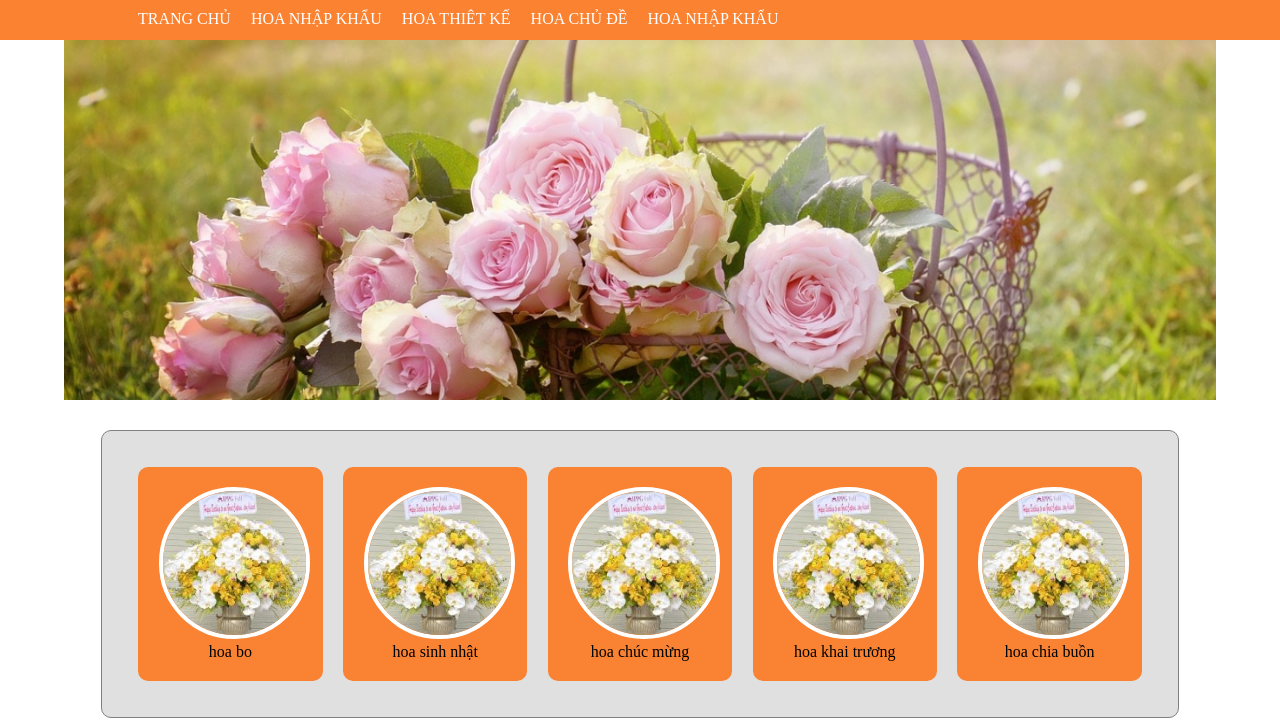
Repository: hoang71299/fe_26
Page: buoi5/buoi7/1.html
The author's editor kept a copy of each file at every save. The page is drawn from the files as they stood at one save, then again after the next save.
The browser window is 1280 px wide. The pictures show the whole page.

Above is the page before, as saved 2022-08-28 19:47:58.

### buoi5/buoi7/1.html
<!DOCTYPE html>
<html lang="en">
<head>
    <meta charset="UTF-8">
    <meta http-equiv="X-UA-Compatible" content="IE=edge">
    <meta name="viewport" content="width=device-width, initial-scale=1.0">
    <title>Luyen tap 2</title>
    <link rel="stylesheet" href="./1.css">
</head>
<body>
    <div class="menu">
        <div class="phantu">
            <a href="" class="tren">
                trang chủ
            </a>
        </div>
        <div class="phantu">
            <a href="" class="tren">
                hoa nhập khẩu
            </a>
            <div class="item">
                <a href="">hộp hoa</a>
                <a href="">bó hoa</a>
            </div>
        </div>
        <div class="phantu">
            <a href="" class="tren">
                hoa thiêt kế
            </a>
            <div class="item">
                <a href="">hoa bó</a>
                <a href="">hoa bình</a>
                <a href="">hoa để bàn</a>
            </div>
        </div>
        <div class="phantu">
            <a href="" class="tren">
                hoa chủ đề
            </a>
            <div class="item">
                <a href="">hoa tình yêu</a>
                <a href="">hoa sinh nhật</a>
                <a href="">hoa chúc mừng</a>
                <a href="">hoa khai trương</a>
                <a href="">hoa chia buồn</a>
            </div>
        </div>
        <div class="phantu">
            <a href="" class="tren">
                hoa nhập khẩu
            </a>
            <div class="item">
                <a href="">hộp hoa</a>
                <a href="">bó hoa</a>
            </div>
        </div>
    </div>
    <!-- end menu -->
    <!-- banner -->
    <div class="banner">

    </div>
    <div class="loaihoa">
        <div class="chude">
            <img src="./image/6.jpg" alt="" class="hinh">
            <div class="tieude">hoa bo</div>
        </div>
        <div class="chude">
            <img src="./image/6.jpg" alt="" class="hinh">
            <div class="tieude">hoa sinh nhật</div>
        </div>
        <div class="chude">
            <img src="./image/6.jpg" alt="" class="hinh">
            <div class="tieude">hoa chúc mừng</div>
        </div>
        <div class="chude">
            <img src="./image/6.jpg" alt="" class="hinh">
            <div class="tieude">hoa khai trương</div>
        </div>
        <div class="chude">
            <img src="./image/6.jpg" alt="" class="hinh">
            <div class="tieude">hoa chia buồn</div>
        </div>
    </div>
    <!-- end banner -->
</body>
</html>

### buoi5/buoi7/1.css
*{
    margin: 0;
    padding: 0;
}
html,body{
    width: 100%;
    height: 100%;
}
.menu{
    width: 90%;
    height: 40px;
    background-color: #fa8231;
    padding-left: 10%;
    display:flex;
}
.menu .phantu{
    /* border:1px solid red; */
    position: relative;
}
.phantu .tren{
    text-decoration: none;
    color: white;
    text-transform: uppercase;
    display: inline-block;
    padding: 10px;
}
.phantu .item{
    /* width: 200px; */
    position: absolute;
    top: 40px;
    visibility: hidden;
    background-color: white;
}
.phantu .item a{
    display: block;
    text-decoration: none;
    color: black;
    text-transform: uppercase;
    padding: 3px;
    width: 200px;
    font-size: 16px;
    border: 1px solid rgb(212, 208, 208);
}
.phantu .item a:hover {
    font-weight: bold;
    border-left: 3px solid #fa8231;
    transition: 0.3s ease-in;
}
.phantu:hover .item{
    visibility: visible;
}
.banner{
    width: 90%;
    height: 50%;
    background-repeat:no-repeat ;
    background-size: cover;
    margin: auto;
    animation: bg 10s infinite;
}
@keyframes bg {
    0%{ background-image: url("./image/1.jpg");}
    25%{ background-image: url("./image/2.jpg");}
    50%{ background-image: url("./image/3.jpg");}
    70%{ background-image: url("./image/4.jpg");}
    100%{ background-image: url("./image/5.jpg");}
}
.loaihoa{
    width: 80%;
    height:auto;
    border: 1px solid gray;
    display: flex;
    margin: auto;
    margin-top: 30px;
    border-radius: 10px;
    background-color: rgb(224, 224, 224);
    padding: 2%;
}
.chude{
    width: 19%;
    height: auto;
    text-align: center;
    background-color: #fa8233;
    margin: 1%;
    padding: 2%;
    border-radius: 10px;
}
.hinh{
    width: 100%;
    border-radius: 50%;
    border: 4px solid white;
}

After the next save:
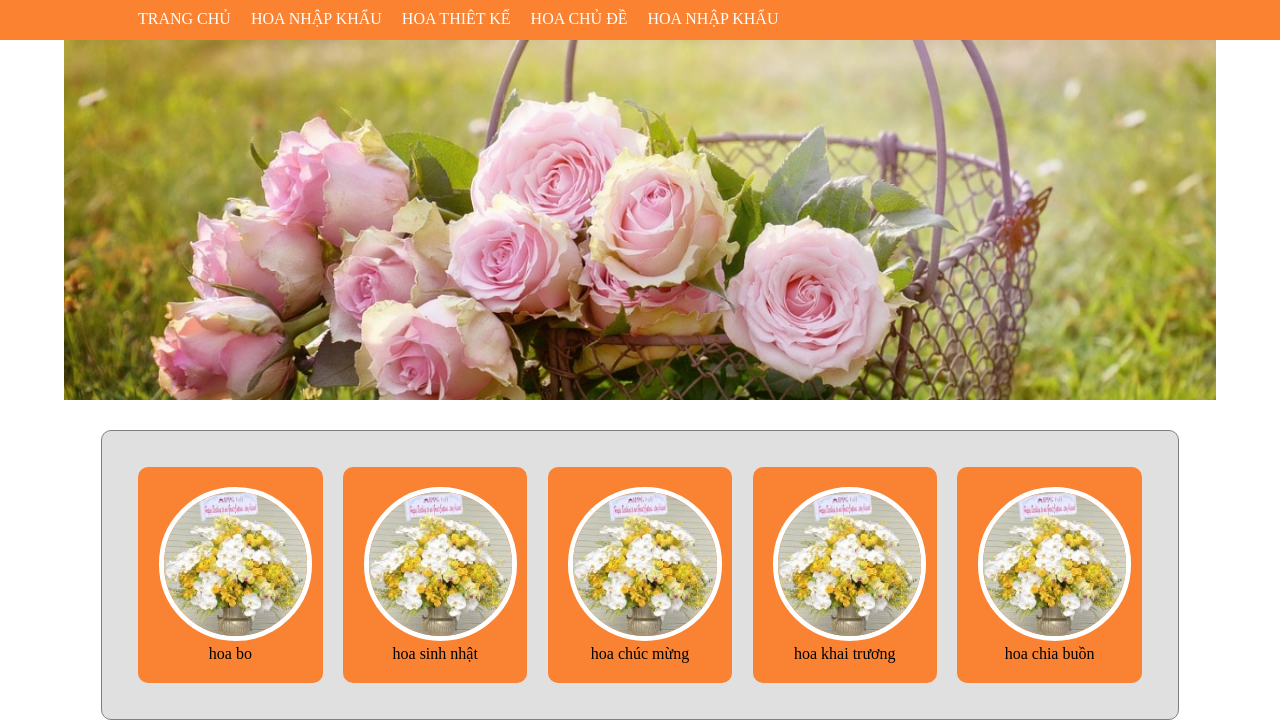
Saved 7 s later.
--- a/buoi5/buoi7/1.css
+++ b/buoi5/buoi7/1.css
@@ -87,5 +87,5 @@ html,body{
 .hinh{
     width: 100%;
     border-radius: 50%;
-    border: 4px solid white;
+    border: 5px solid white;
 }
